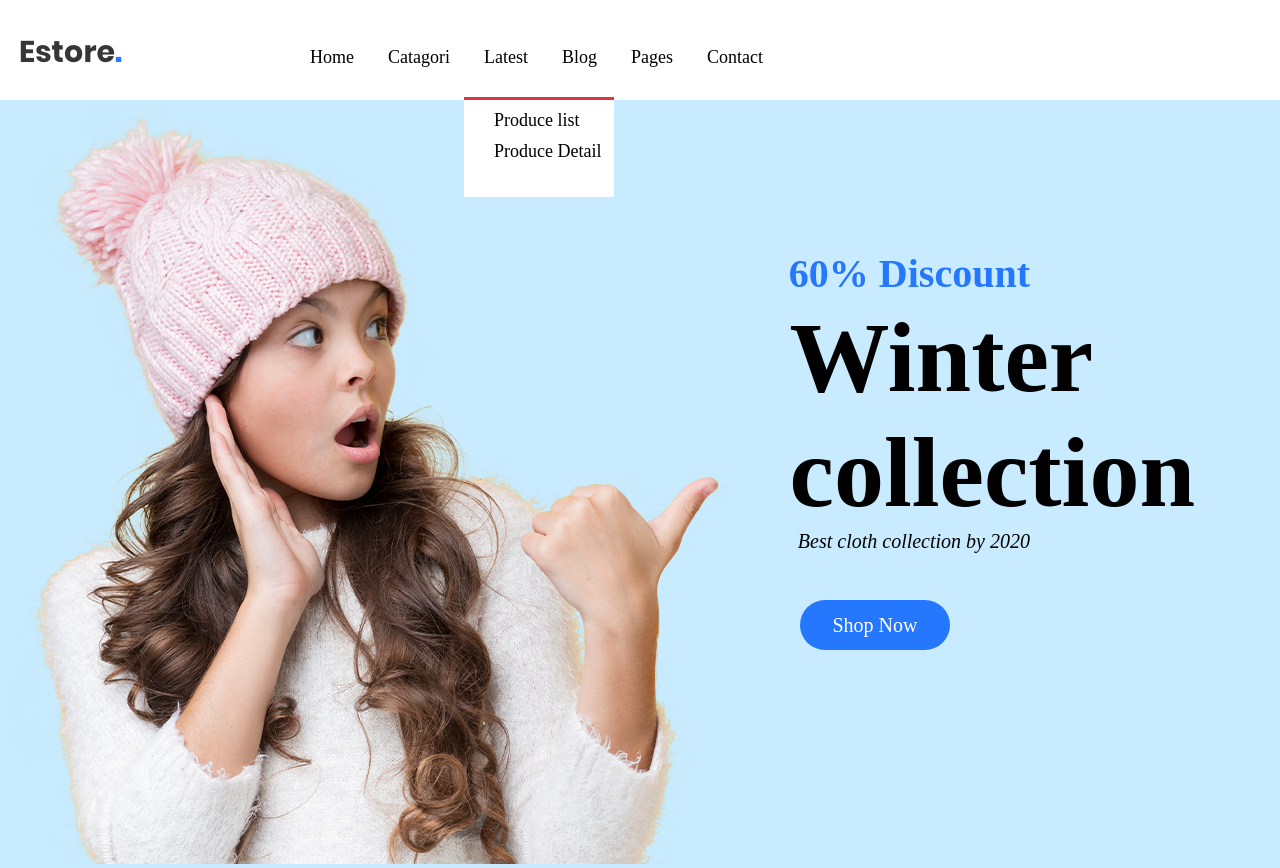
Repository: nhutduy0803/template1
Page: index.html
These files come from the project's save history. The page is drawn as it stood at one moment and after the next save; the edit follows.
The browser window is 1280 px wide. The pictures show the whole page.

Above is the page before, as saved 2021-12-02 21:00:26.
Console error: TypeError: Cannot set properties of null (setting 'onclick')

### index.html
<!DOCTYPE html>
<html lang="en">
  <head>
    <meta charset="UTF-8" />
    <meta http-equiv="X-UA-Compatible" content="IE=edge" />
    <meta name="viewport" content="width=device-width, initial-scale=1.0" />
    <title>TEMPLATE</title>
    <link rel="stylesheet" href="./assets/css/style.css" />
    <link
      rel="stylesheet"
      href="./assets/css/font/fontawesome-free-5.15.4-web/css/all.min.css"
    />
  </head>
  <body>
    <script src="./index.js"></script>
    <div class="header">
      <img class="logo" src="./assets/css/img/logo.webp" alt="" />
      <ul>
        <li>Home</li>
        <li>Catagori</li>
        <li>
          Latest
          <ul class="sub-nav">
            <li>Produce list</li>
            <li>Produce Detail</li>
          </ul>
        </li>
        <li>Blog</li>
        <li>Pages</li>
        <li>Contact</li>
      </ul>
    </div>
    <div class="slide">
      <h3>60% Discount</h3>
      <h2>
        Winter<br />
        collection
      </h2>
      <p>Best cloth collection by 2020</p>
      <div class="shop-now">Shop Now</div>
      <img src="./assets/css/img/slider.webp" alt="" />
    </div>
  </body>
</html>

### assets/css/style.css
* {
  margin: 0;
  padding: 0;
  box-sizing: border-box;
}

html {
  scroll-behavior: smooth;
}

.header {
  width: 100%;
  height: 100px;
  background-color: #fff;
}

.slide {
  width: 100%;
  height: 100%;
  background: #c8ebff;
}

.slide h3 {
  position: absolute;
  right: 250px;
  top: 250px;
  font-family: "Yellowtail", "cursive";
  color: #2577fd;
  font-size: 40px;
}

.slide h2 {
  position: absolute;
  right: 85px;
  top: 300px;
  font-size: 100px;
}

.slide p {
  font-family: "Playfair Display", serif;
  font-style: italic;
  font-size: 20px;
  position: absolute;
  right: 250px;
  top: 530px;
}

.shop-now {
  border-radius: 30px;
  display: flex;
  justify-content: center;
  align-items: center;
  position: absolute;
  right: 330px;
  top: 600px;
  color: #fff;
  font-size: 20px;
  width: 150px;
  height: 50px;
  background: #2577fd;
}

.shop-now::before {
  position: absolute;
  left: 0px;
  top: 0px;
  border-radius: 20px;
  opacity: 0.4;
  content: " ";
  width: 0px;
  height: 50px;
  background: #00b1ff;
  transition: 0.5s;
}

.shop-now:hover::before {
  width: 150px;
  transition: 0.5s;
  border-radius: 20px;
}

.logo {
  margin-left: 20px;
  margin-top: 40px;
  display: inline-block;
}

.header ul {
  margin-top: -20px;
  margin-left: 280px;
}

.header li:nth-child(3) {
  position: relative;
}

.header ul li {
  font-size: 18px;
  margin-left: 30px;
  display: inline-block;
  font-weight: 500;
}
.header ul li:hover {
  transition: 0.3s;
  color: #dc3545;
}

.sub-nav li {
  margin-top: 10px;
  display: block;
  width: 100%;
}

.sub-nav {
  border-top: 3px solid #dc3545;
  position: absolute;
  top: 70px;
  left: -300px;
  background: #fff;
  width: 150px;
  height: 100px;
}

### index.js
var slide = document.querySelector(".slide-card");
var uparrow = document.querySelector(".prev");
var downarrow = document.querySelector(".next");
let x = 0;
downarrow.onclick = function () {
  if (x > "-1000") {
    x = x - 300;
    slide.style.left = x + "px";
  }
};
uparrow.onclick = function () {
  if (x < "0") {
    x = x + 320;
    slide.style.left = x + "px";
  }
};

Loaded but not shown: assets/css/font/fontawesome-free-5.15.4-web/css/all.min.css (library)

After the next save:
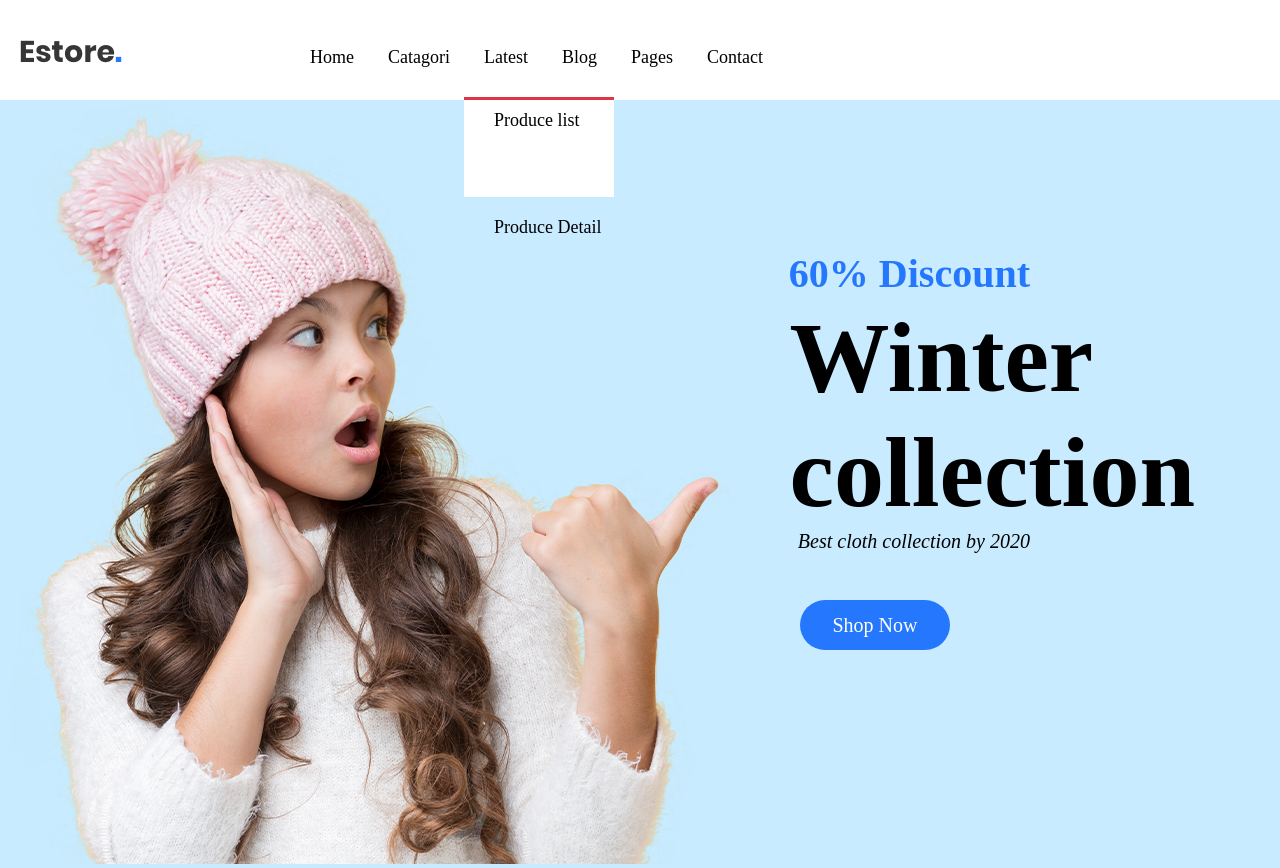
Saved 4 s later.
--- a/assets/css/style.css
+++ b/assets/css/style.css
@@ -109,6 +109,7 @@
   margin-top: 10px;
   display: block;
   width: 100%;
+  height: 100%;
 }
 
 .sub-nav {

After the save that followed:
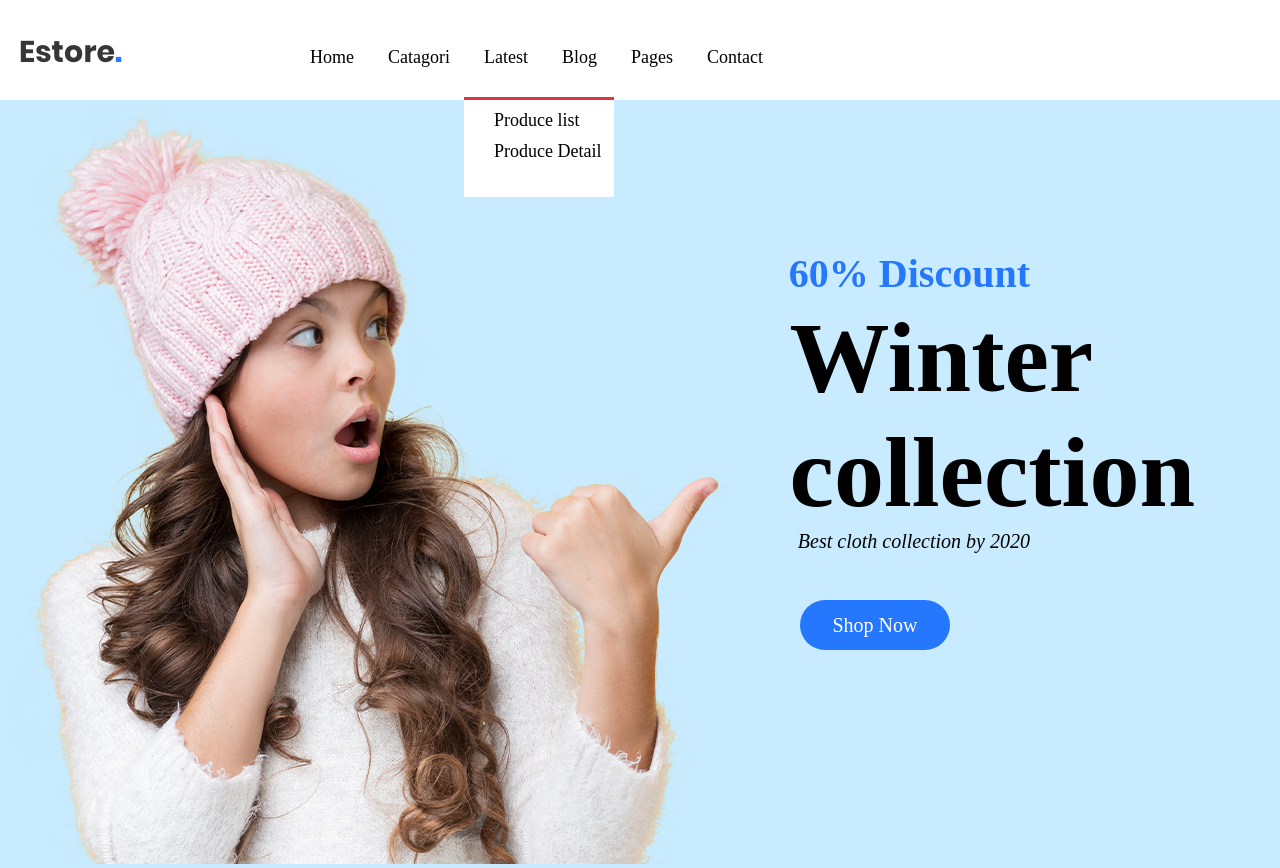
Saved 7 s later.
--- a/assets/css/style.css
+++ b/assets/css/style.css
@@ -109,7 +109,7 @@
   margin-top: 10px;
   display: block;
   width: 100%;
-  height: 100%;
+  margin-left: 0;
 }
 
 .sub-nav {
